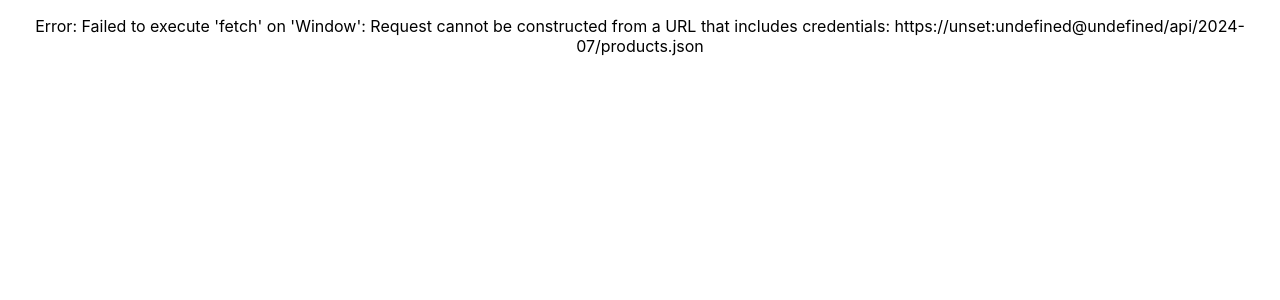
Repository: mitesh-avid-brio/Shopify-React-App
Page: /
These files come from the project's save history. The page is drawn as it stood at one moment and after a run of saves; the edit follows.
The browser window is 1280 px wide. The pictures show the whole page.
The page's requests for data from a server got no answer. The project was rebuilt for these pictures with package versions that can differ from the ones it lists, and the page was loaded fresh each time. No one was signed in, and anything a server would have sent is missing.

Above is the page before, as saved 2024-08-12 11:01:46.

### src/App.js
import './App.css';
import Inventory from './Components/Inventory'

function App() {
  return (
    <div className="App">
      <Inventory />
    </div>
  );
}

export default App;

### src/Components/Inventory.js
import { useEffect, useState } from "react";


function Inventory () {
    const [data, setData] = useState([]);
    const [loading, setLoading] = useState(true);
    const [error, setError] = useState(null);

    useEffect(() => {
        console.log("dad",`https://${process.env.API_KEY}:${process.env.Access_Token}@${process.env.URL}/api/2024-07/products.json`)
        fetch(`https://${process.env.NEXT_PUBLIC_API_KEY}:${process.env.Access_Token}@${process.env.URL}/api/2024-07/products.json`,{
            method: "GET",
            headers:{
                "X-Shopify-Access-Token": "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",
                "content-type": "application/json",
            }
        })
            .then(response => {
              if (!response.ok) {
                throw new Error('Network response was not ok');
              }
              return response.json();
            })
            .then(data => {
                if(data){
                    setData(data.results);
                    setLoading(false);
                }
            })
            .catch(error => {
              setError(error);
              setLoading(false);
            });
    }, []);

    console.log("Products", data)

    const product_inverntory= [
        {id:"01",title:"Bike",price:'50$',variants:"Blue"},
        {id:"02",title:"Car",price:'150$',variants:"Black"},
    ]

    if (loading) return <p>Loading...</p>;
    if (error) return <p>Error: {error.message}</p>;
    return (
        <div className="main_container">
            <h2 className='heading'>Shopify Panel</h2>

                    <div className="table_data">
                        <table className="table">
                            <thead className='table_head'>
                                <tr>
                                    <th>Id</th>
                                    <th>Title</th>
                                    <th>Price</th>
                                    <th>Variants</th>
                                    {/* <th>Action</th> */}
                                </tr>
                            </thead>
                        </table>

                        <div className="tbody_container">
                            <table>
                                <tbody>
                                    {product_inverntory.map((item)=>(
                                        <tr className='body_row' key={item.id}>
                                        <td className='index' data-label="index">{item?.id}</td>
                                        <td className='details' data-label="title">{item?.title}</td>
                                        <td className='details' data-label="price">{item?.price}</td>
                                        <td className='details' data-label="variant">{item?.variants}</td>
                                        {/* <td className='details' data-label="action"> </td> */}
                                    </tr>)) }
                                </tbody>
                            </table>
                        </div>
                    </div>
        </div>
    )
}

export default Inventory;





// X-Shopify-Access-Token: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
// api key: aec14829c6068d3c7209b0fb1c99cfa1
// api secret: ec53dbafa6a84fc722a14565b63e397e
// https://pakt-shirts.myshopify.com/

Loaded but not shown: public/index.html (common file); src/index.js (common file); src/index.css (common file); src/reportWebVitals.js (common file); src/App.css (common file)

After the next 2 saves:
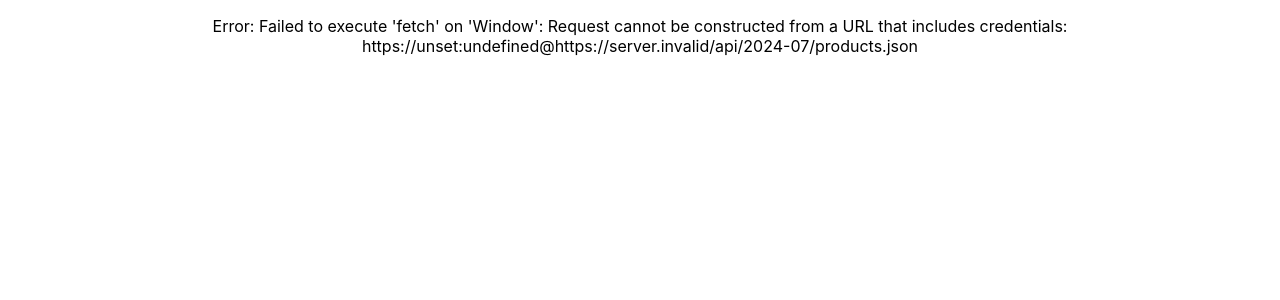
The 2 saves are shown as one change because they came seconds apart.
The last was saved 7 s later.
--- a/src/Components/Inventory.js
+++ b/src/Components/Inventory.js
@@ -8,7 +8,7 @@
 
     useEffect(() => {
         console.log("dad",`https://${process.env.API_KEY}:${process.env.Access_Token}@${process.env.URL}/api/2024-07/products.json`)
-        fetch(`https://${process.env.NEXT_PUBLIC_API_KEY}:${process.env.Access_Token}@${process.env.URL}/api/2024-07/products.json`,{
+        fetch(`https://${process.env.NEXT_PUBLIC_API_KEY}:${process.env.NEXT_PUBLIC_Access_Token}@${process.env.NEXT_PUBLIC_URL}/api/2024-07/products.json`,{
             method: "GET",
             headers:{
                 "X-Shopify-Access-Token": "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",
